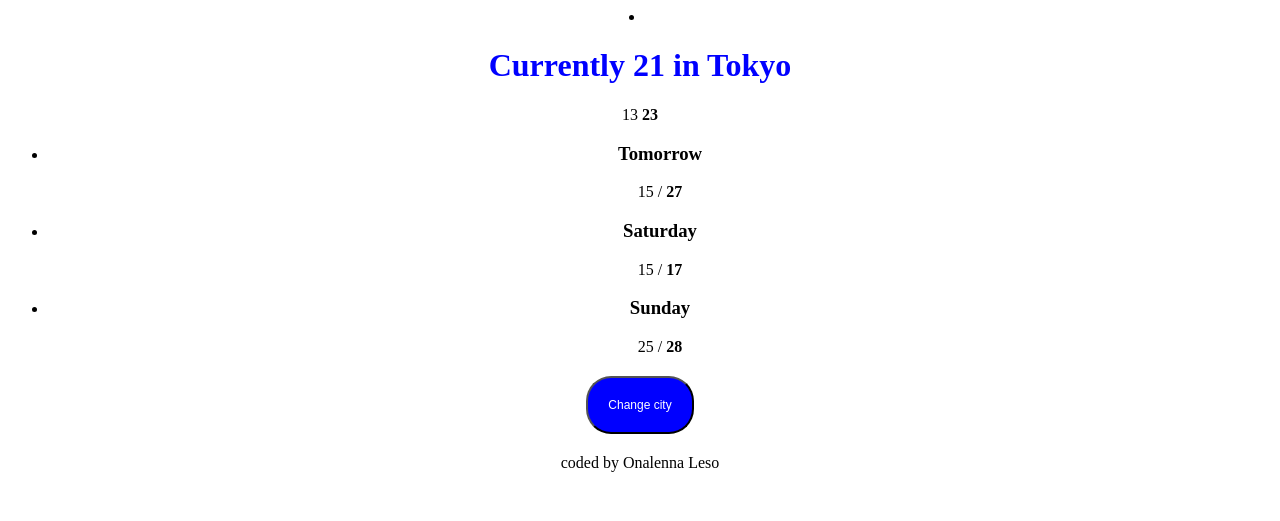
Repository: onalennaleso/empty
Page: homework w1.html
The author's editor kept a copy of each file at every save. The page is drawn from the files as they stood at one save, then again after the next save.
The browser window is 1280 px wide. The pictures show the whole page.

Above is the page before, as saved 2024-02-02 00:21:09.

After the next save:
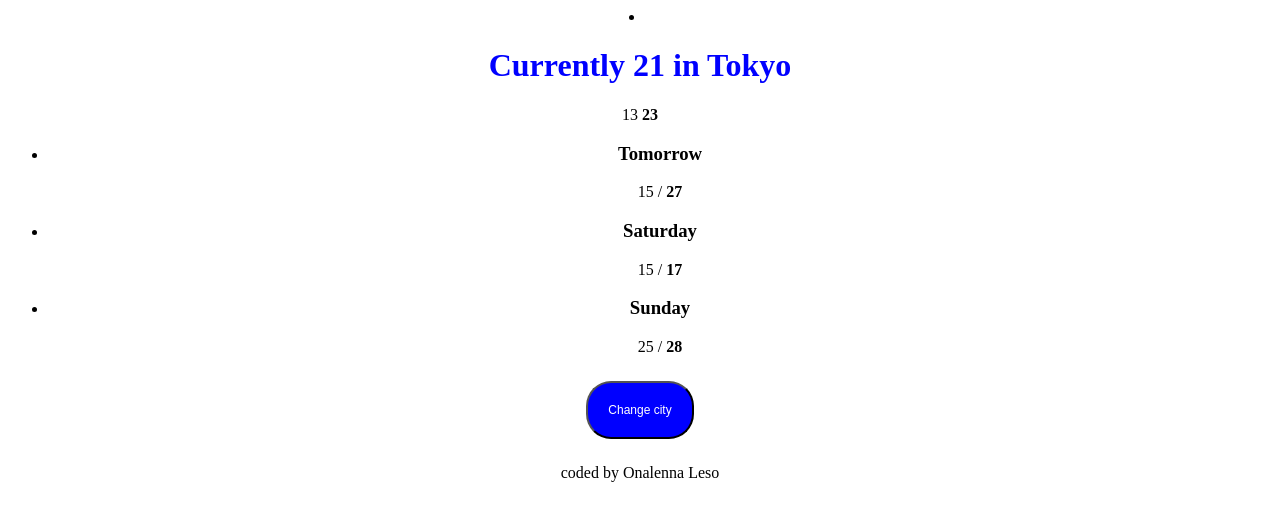
Saved 23 s later.
--- a/homework w1.html
+++ b/homework w1.html
@@ -31,7 +31,7 @@
     button {
         display: block;
         padding: 20px;
-        margin: 20px auto;
+        margin: 25px auto;
         font-size: 12px;
         color: white;
         background: blue;
